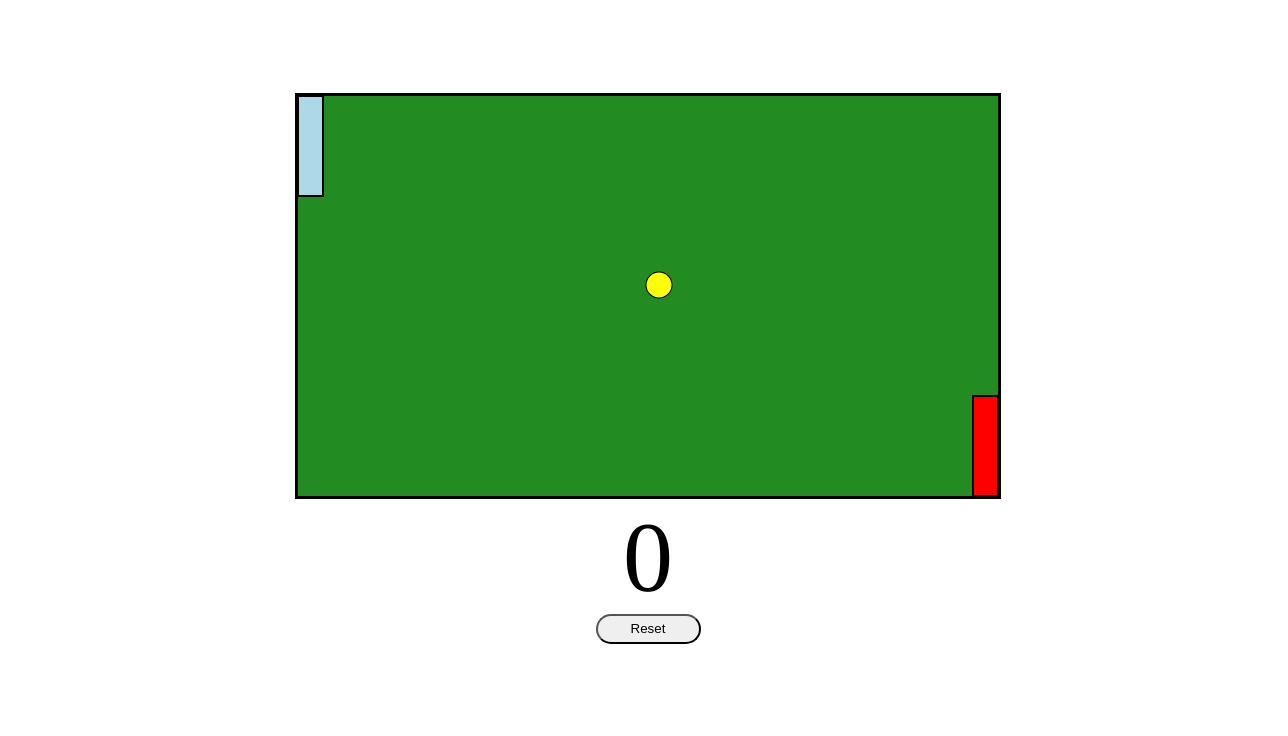
Repository: zacheys123/ping-pong
Page: index.html
The author's editor kept a copy of each file at every save. The page is drawn from the files as they stood at one save, then again after the next save.
The browser window is 1280 px wide. The page is 1288 px wide, so the pictures cover 1288 px, including what lies to the right of the window. The pictures show the whole page.

Above is the page before, as saved 2023-07-01 00:33:14.

After the next save:
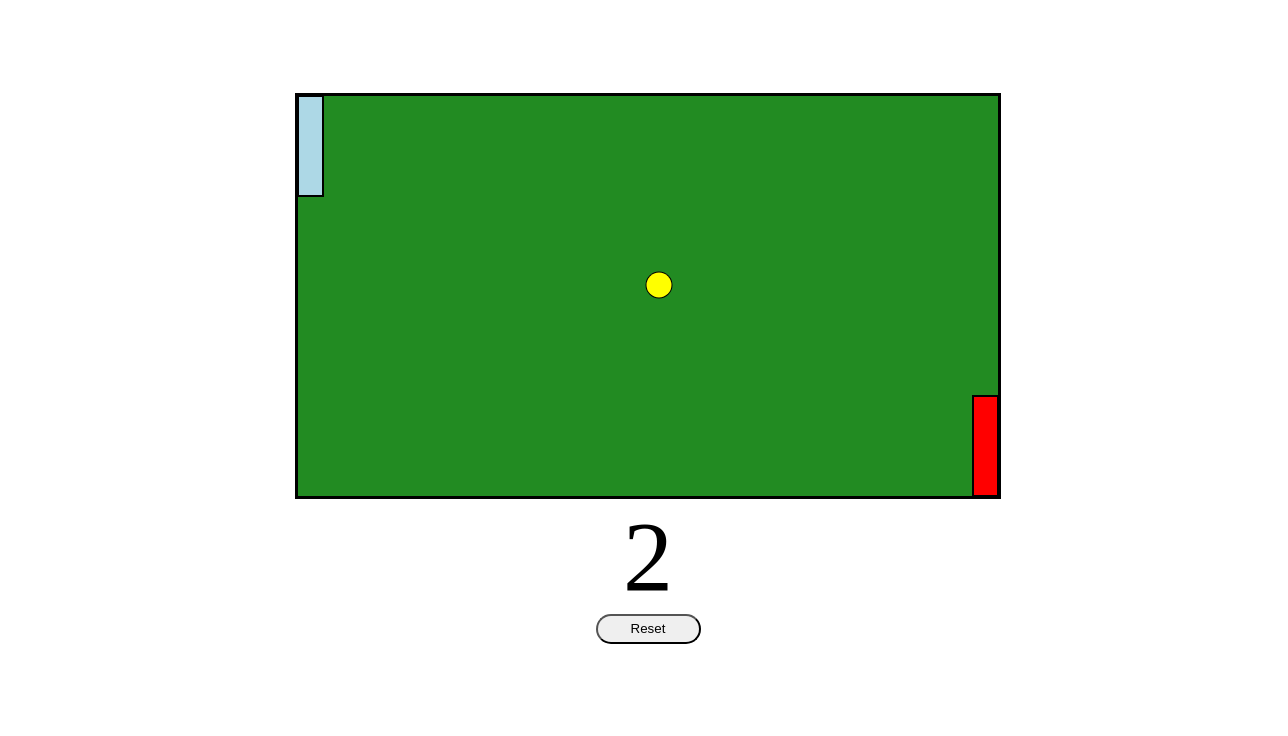
Saved 39 s later.
--- a/index.js
+++ b/index.js
@@ -117,7 +117,7 @@ function checkCollision() {
 	}
 
 	if (ballX <= 0) {
-		player2score += 1;
+		player1score += 1;
 		updateScore();
 		createBall();
 		return;
